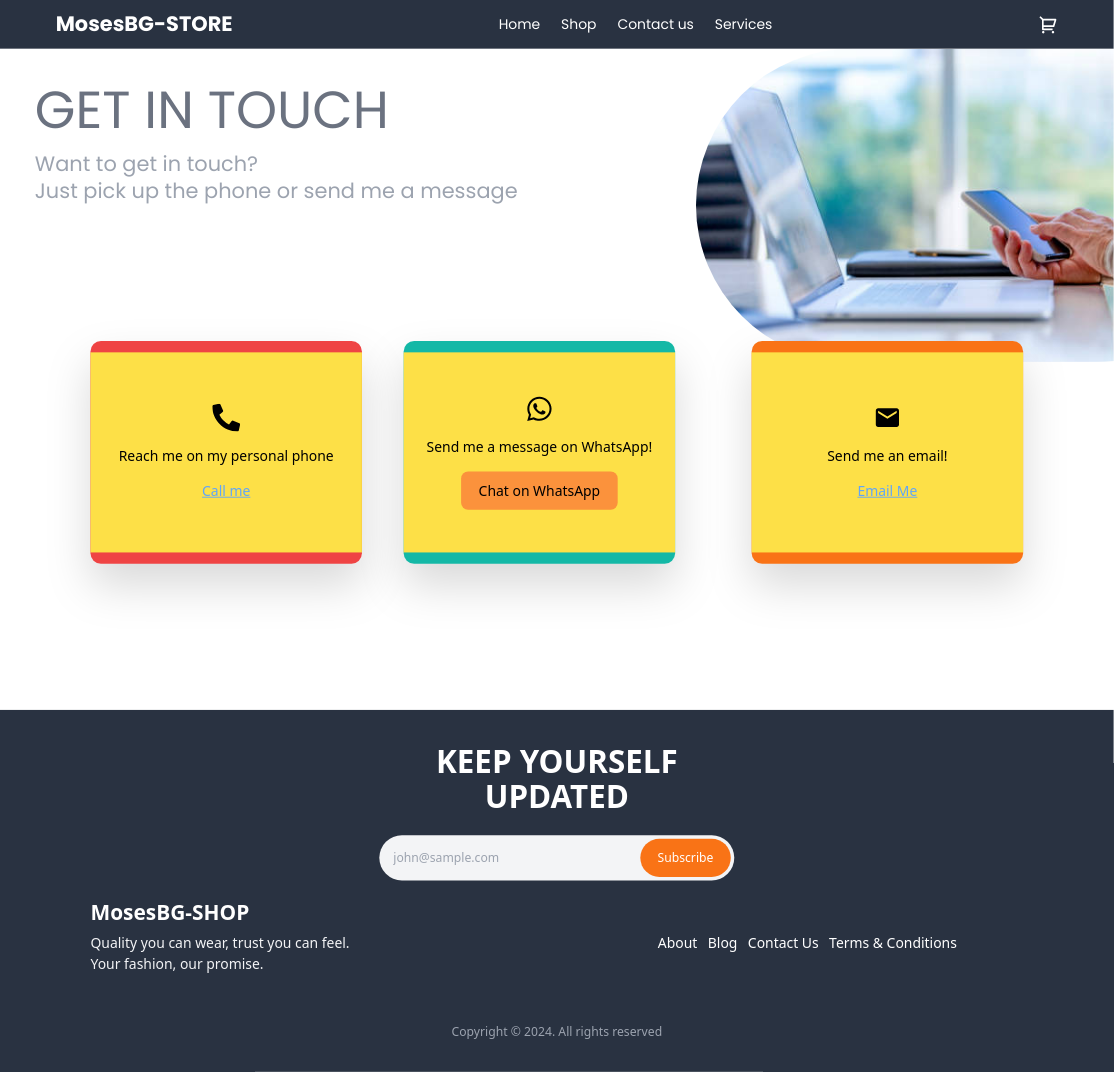
Repository: moshebengan/cart
Page: /fake-store/contact-us
These files come from the project's save history. The page is drawn as it stood at one moment and after the next save; the edit follows.
The browser window is 1280 px wide. The pictures show the whole page, at 87% of full size.
The project was rebuilt for these pictures with package versions that can differ from the ones it lists, and the page was loaded fresh each time. Also part of the build but not shown: vite.config.js, src/components/Error.jsx, src/utils/data.js, src/utils/apiCalls.js, src/components/Loading.jsx, src/components/Products.jsx, src/pages/HomePage.jsx, src/components/EmptyCart.jsx and 4 more.

Above is the page before, as saved 2024-09-16 10:01:33.

After the next save:
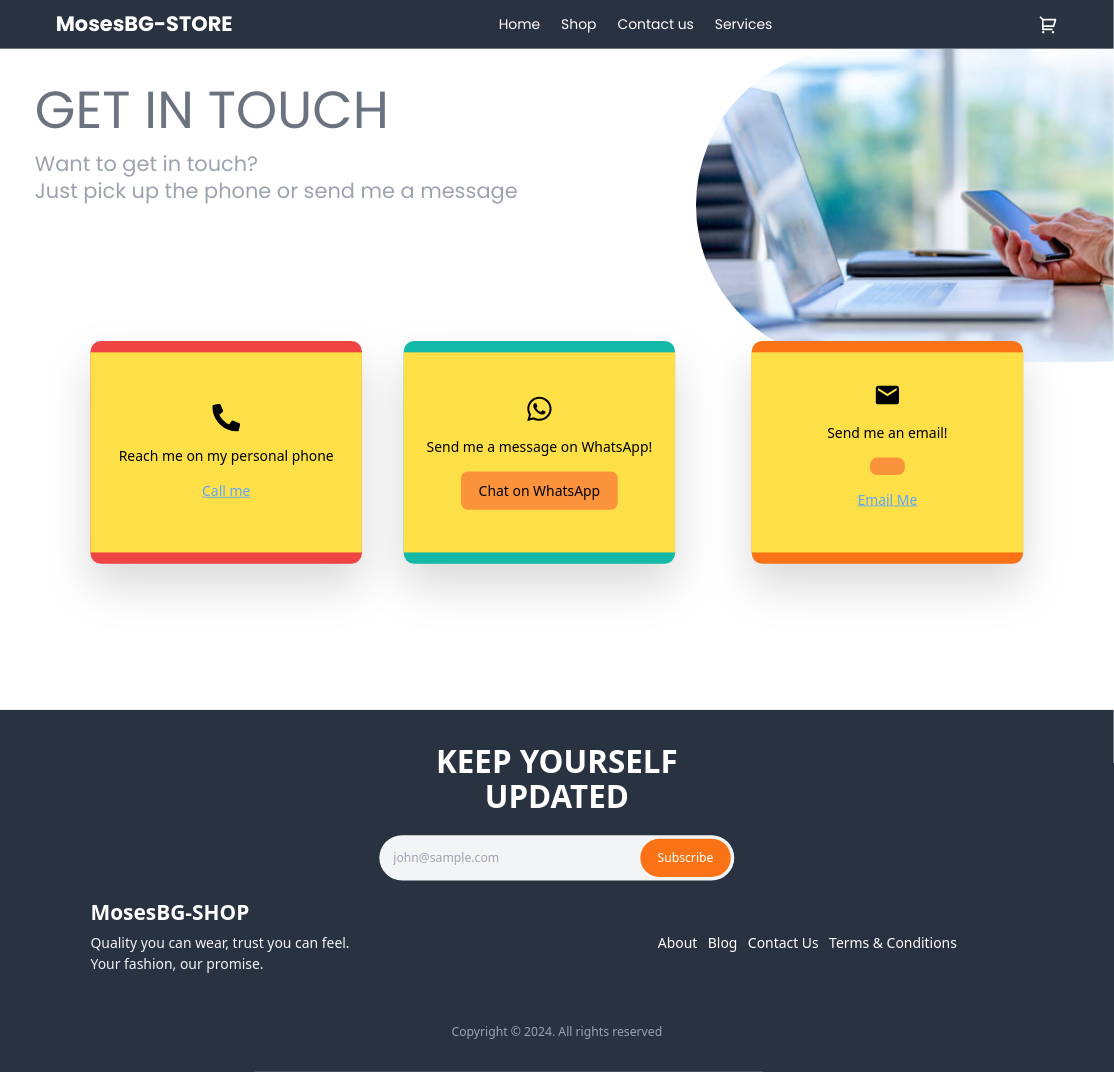
Saved 28 s later.
--- a/src/pages/ContactUs.jsx
+++ b/src/pages/ContactUs.jsx
@@ -56,12 +56,14 @@ const ContactUs = () => {
             <div className="bg-yellow-300 h-[90%] w-full items-center flex justify-center  flex-col gap-4">
                 <MdEmail size={"2em"} />
                 <span>Send me an email!</span>
+                <button className="px-5 py-2.5 font-medium bg-orange-400 rounded-lg transition hover:bg-orange-800 hover:text-white"></button>
                 <a
                   href={`mailto:moshebengan@gmail.com`}
                   className="text-blue-400 underline"
                 >
                 Email Me
                 </a>
+                <button/>
               </div>
             </div>
           </div>
